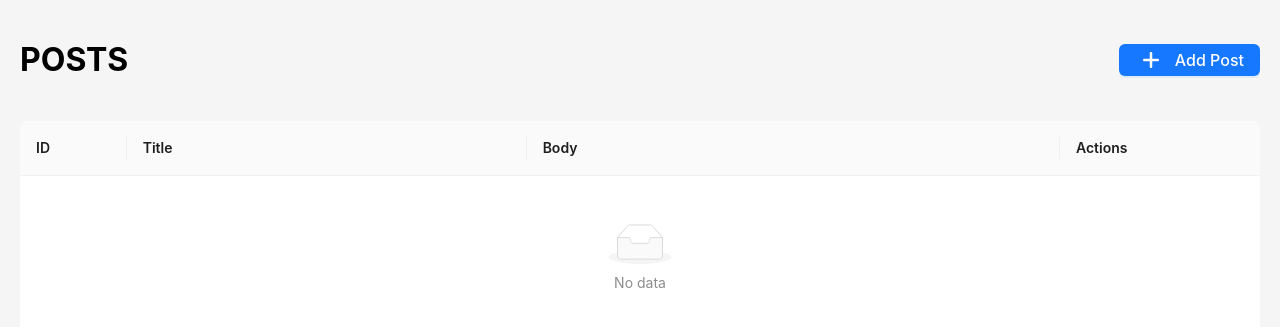
Repository: yasserrrz/Denamo-posts
Page: /
An editor plug-in stored every save of this project. The page is shown before and after a run of saves, followed by the edit.
The browser window is 1280 px wide. The pictures show the whole page.
The page's requests for data from a server got no answer. The project was rebuilt for these pictures with package versions that can differ from the ones it lists, and the page was loaded fresh each time. No one was signed in, and anything a server would have sent is missing. Also part of the build but not shown: src/components/PostForm.tsx.

Above is the page before, as saved 2024-11-28 16:45:49.

After the next 2 saves:
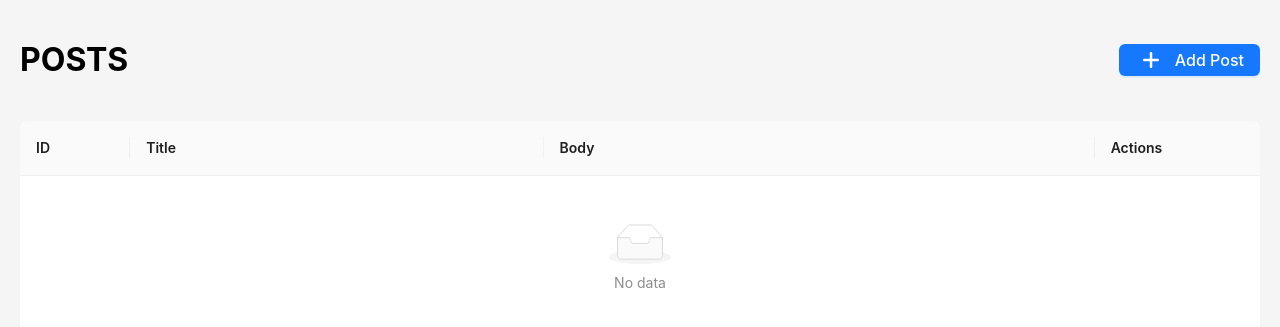
The 2 saves are shown as one change because they came seconds apart.
The last was saved 52 s later.
--- a/src/components/DataTable.tsx
+++ b/src/components/DataTable.tsx
@@ -1,9 +1,9 @@
-import React, { useEffect, useState } from 'react';
-import { Table, Button, Modal, Form, Input, notification } from 'antd';
-import axios from 'axios';
-import { Post } from '../types/Post';
-import {ReactComponent as EditIcon} from "../assets/edit.svg"
-import {ReactComponent as DeleteIcon} from "../assets/delete-icon-1.svg"
+import React, { useEffect, useState } from "react";
+import { Table, Button, Modal, Form, Input, notification } from "antd";
+import axios from "axios";
+import { Post } from "../types/Post";
+import { ReactComponent as EditIcon } from "../assets/edit.svg";
+import { ReactComponent as DeleteIcon } from "../assets/delete-icon-1.svg";
 const DataTable: React.FC = () => {
   const [posts, setPosts] = useState<Post[]>([]);
   const [loading, setLoading] = useState<boolean>(true);
@@ -15,7 +15,9 @@ const DataTable: React.FC = () => {
     const fetchData = async () => {
       setLoading(true);
       try {
-        const response = await axios.get<Post[]>('https://jsonplaceholder.typicode.com/posts');
+        const response = await axios.get<Post[]>(
+          "https://jsonplaceholder.typicode.com/posts"
+        );
         setPosts(response.data);
       } catch (error) {
         console.log(error);
@@ -32,7 +34,7 @@ const DataTable: React.FC = () => {
     setIsModalOpen(true);
   };
 
-  const handleUpdatePost = async (values: Omit<Post, 'id'>) => {
+  const handleUpdatePost = async (values: Omit<Post, "id">) => {
     if (!editingPost) return;
 
     try {
@@ -41,16 +43,18 @@ const DataTable: React.FC = () => {
         values
       );
       setPosts((prev) =>
-        prev.map((post) => (post.id === editingPost.id ? { ...post, ...response.data } : post))
+        prev.map((post) =>
+          post.id === editingPost.id ? { ...post, ...response.data } : post
+        )
       );
       notification.success({
-        message: 'Post Updated',
+        message: "Post Updated",
         description: `Post with ID ${editingPost.id} was updated successfully.`,
       });
     } catch (error) {
       notification.error({
-        message: 'Error',
-        description: 'Failed to update the post.',
+        message: "Error",
+        description: "Failed to update the post.",
       });
     } finally {
       setIsModalOpen(false);
@@ -63,13 +67,13 @@ const DataTable: React.FC = () => {
       await axios.delete(`https://jsonplaceholder.typicode.com/posts/${id}`);
       setPosts((prev) => prev.filter((post) => post.id !== id));
       notification.success({
-        message: 'Post Deleted',
+        message: "Post Deleted",
         description: `Post with ID ${id} was deleted successfully.`,
       });
     } catch (error) {
       notification.error({
-        message: 'Error',
-        description: 'Failed to delete the post.',
+        message: "Error",
+        description: "Failed to delete the post.",
       });
     }
     setDeleteModalOpen(false);
@@ -77,40 +81,46 @@ const DataTable: React.FC = () => {
 
   const columns = [
     {
-      title: 'ID',
-      dataIndex: 'id',
-      key: 'id',
-      width: '8%',
-      render: (text: string) => <span style={{ fontSize: '12px', color: '#888' }}>{text}</span>,
-    },
-    {
-      title: 'Title',
-      dataIndex: 'title',
-      key: 'title',
-      width: '30%',
+      title: "ID",
+      dataIndex: "id",
+      key: "id",
+      width: "8%",
+      render: (text: string) => (
+        <span style={{ fontSize: "12px", color: "#888" }}>{text}</span>
+      ),
+    },
+    {
+      title: "Title",
+      dataIndex: "title",
+      key: "title",
+      width: "30%",
       render: (text: string) => <span style={{ fontWeight: 500 }}>{text}</span>,
     },
     {
-      title: 'Body',
-      dataIndex: 'body',
-      key: 'body',
-      width: '40%',
+      title: "Body",
+      dataIndex: "body",
+      key: "body",
+      width: "40%",
       render: (text: string) => <span>{text}</span>,
     },
     {
-      title: 'Actions',
-      key: 'actions',
-      width: '15%',
+      title: "Actions",
+      key: "actions",
+      width: "12%",
       render: (text: any, record: Post) => (
-        <div  className='table-actions'>
-          <Button type="primary"  onClick={() => handleEdit(record)}>
-            <EditIcon/>
+        <div className="table-actions">
+          <Button type="primary" onClick={() => handleEdit(record)}>
+            <EditIcon />
           </Button>
-          <Button type={"primary"} danger onClick={() => {
-            setEditingPost(record);
-            setDeleteModalOpen(true);
-          }}>
-            <DeleteIcon/>
+          <Button
+            type={"primary"}
+            danger
+            onClick={() => {
+              setEditingPost(record);
+              setDeleteModalOpen(true);
+            }}
+          >
+            <DeleteIcon />
           </Button>
         </div>
       ),
@@ -124,7 +134,7 @@ const DataTable: React.FC = () => {
         columns={columns}
         rowKey="id"
         loading={loading}
-        scroll={{ y: "calc(100vh - 250px)",  x: 700}}
+        scroll={{ y: "calc(100vh - 250px)", x: 700 }}
         pagination={{ pageSize: 10 }}
       />
 
@@ -134,7 +144,6 @@ const DataTable: React.FC = () => {
         open={isModalOpen}
         onCancel={() => setIsModalOpen(false)}
         footer={null}
-
         centered
       >
         <Form
@@ -145,20 +154,25 @@ const DataTable: React.FC = () => {
           <Form.Item
             name="title"
             label="Title"
-            rules={[{ required: true, message: 'Please input the title!' }]}
-
+            rules={[{ required: true, message: "Please input the title!" }]}
           >
             <Input placeholder="Enter post title" />
           </Form.Item>
           <Form.Item
             name="body"
             label="Body"
-            rules={[{ required: true, message: 'Please input the body!' }]}
+            rules={[{ required: true, message: "Please input the body!" }]}
           >
             <Input.TextArea rows={4} placeholder="Enter post body" />
           </Form.Item>
-          <Form.Item style={{ textAlign: 'center' , display: 'flex', justifyContent: 'flex-end' }}>
-            <Button type="default"  htmlType="submit">
+          <Form.Item
+            style={{
+              textAlign: "center",
+              display: "flex",
+              justifyContent: "flex-end",
+            }}
+          >
+            <Button type="default" htmlType="submit">
               Update Post
             </Button>
           </Form.Item>
@@ -171,15 +185,21 @@ const DataTable: React.FC = () => {
         open={deleteModalOpen}
         onCancel={() => setDeleteModalOpen(false)}
         footer={null}
-
         centered
       >
         <p>Are you sure you want to delete this post?</p>
-        <div style={{ display: 'flex', gap: '10px', justifyContent: "flex-end" }}>
-          <button className='delete-btn' onClick={() => handleDelete(editingPost?.id || 0)}>
+        <div
+          style={{ display: "flex", gap: "10px", justifyContent: "flex-end" }}
+        >
+          <button
+            className="delete-btn"
+            onClick={() => handleDelete(editingPost?.id || 0)}
+          >
             Yes
           </button>
-          <button  className='cancel' onClick={() => setDeleteModalOpen(false)}>No</button>
+          <button className="cancel" onClick={() => setDeleteModalOpen(false)}>
+            No
+          </button>
         </div>
       </Modal>
     </>
